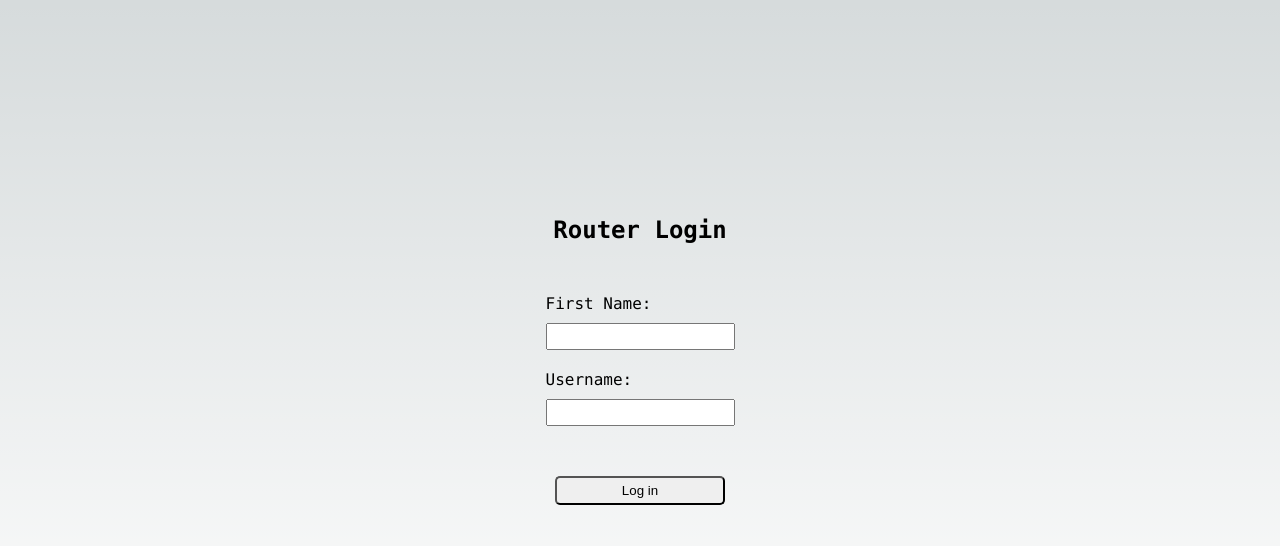
Repository: Mariessa-Pinto/week2-next.js-next-router-login
Page: /
These files come from the project's save history. The page is drawn as it stood at one moment and after the next save; the edit follows.
The browser window is 1280 px wide. The pictures show the whole page.
The project was rebuilt for these pictures with package versions that can differ from the ones it lists, and the page was loaded fresh each time. The framework's server and built-in components were replaced by stand-ins that run in the browser. Also part of the build but not shown: next.config.js.

Above is the page before, as saved 2023-01-11 07:59:05.

After the next save:
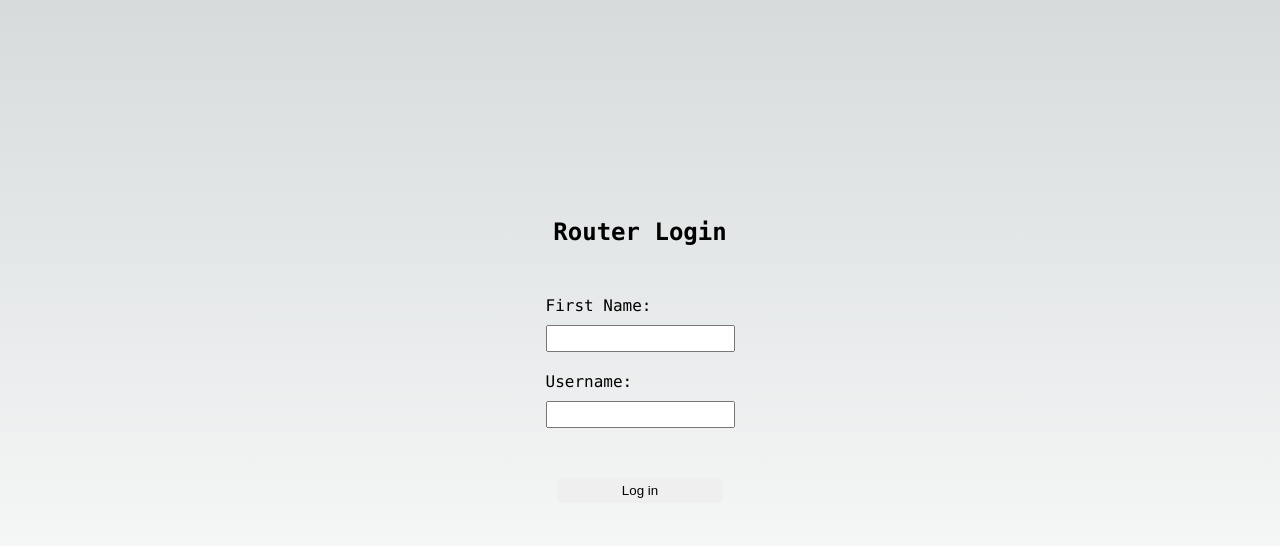
Saved 43 s later.
--- a/styles/Home.module.css
+++ b/styles/Home.module.css
@@ -10,7 +10,7 @@
 }
 
 .button {
-  color: rgb(var(--dark-red));
+  border: 1px solid rgb(var(--dark-red));
   padding: 5px 65px;
   border-radius: 5px;
 }
